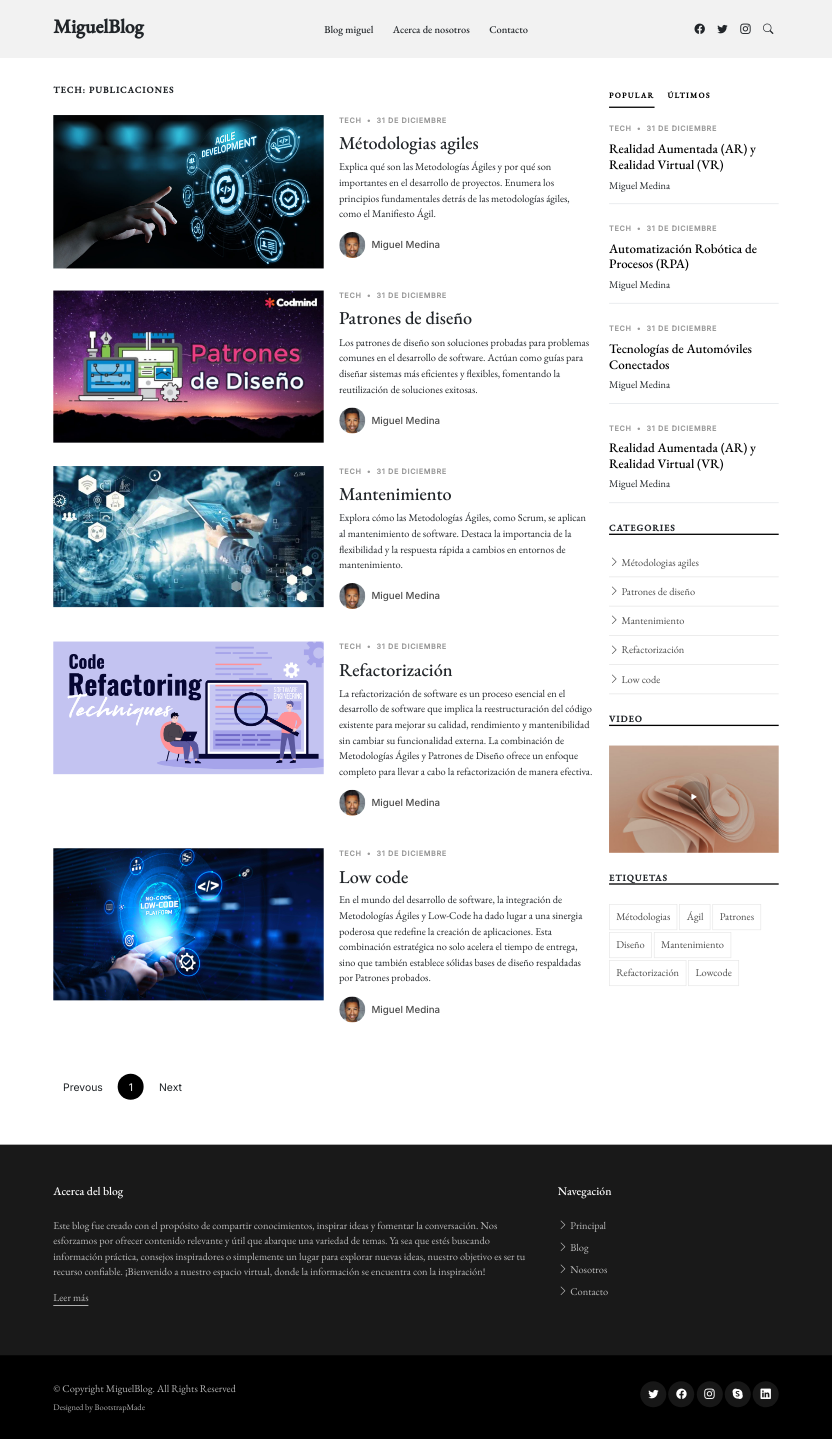
Repository: MiguelDev5/blog-miguel
Page: index.html
These files come from the project's save history. The page is drawn as it stood at one moment and after the next save; the edit follows.
The browser window is 1280 px wide. The pictures show the whole page, at 65% of full size.
Some web fonts or font styles are not loaded; a fallback is used.

Above is the page before, as saved 2024-01-01 21:38:50.

### index.html
<!DOCTYPE html>
<html lang="en">

<head>
  <meta charset="utf-8">
  <meta content="width=device-width, initial-scale=1.0" name="viewport">

  <title>MiguelBlog Bootstrap Template - Category</title>
  <meta content="" name="description">
  <meta content="" name="keywords">

  <!-- Favicons -->
  <link href="assets/img/favicon.png" rel="icon">
  <link href="assets/img/apple-touch-icon.png" rel="apple-touch-icon">

  <!-- Google Fonts -->
  <link rel="preconnect" href="https://fonts.googleapis.com">
  <link rel="preconnect" href="https://fonts.gstatic.com" crossorigin>
  <link href="https://fonts.googleapis.com/css2?family=EB+Garamond:wght@400;500&family=Inter:wght@400;500&family=Playfair+Display:ital,wght@0,400;0,700;1,400;1,700&display=swap" rel="stylesheet">

  <!-- Vendor CSS Files -->
  <link href="assets/vendor/bootstrap/css/bootstrap.min.css" rel="stylesheet">
  <link href="assets/vendor/bootstrap-icons/bootstrap-icons.css" rel="stylesheet">
  <link href="assets/vendor/swiper/swiper-bundle.min.css" rel="stylesheet">
  <link href="assets/vendor/glightbox/css/glightbox.min.css" rel="stylesheet">
  <link href="assets/vendor/aos/aos.css" rel="stylesheet">

  <!-- Template Main CSS Files -->
  <link href="assets/css/variables.css" rel="stylesheet">
  <link href="assets/css/main.css" rel="stylesheet">

  <!-- =======================================================
  * Template Name: MiguelBlog
  * Updated: Sep 18 2023 with Bootstrap v5.3.2
  * Template URL: https://bootstrapmade.com/miguelBlog-bootstrap-blog-template/
  * Author: BootstrapMade.com
  * License: https:///bootstrapmade.com/license/
  ======================================================== -->
</head>

<body>

  <!-- ======= Header ======= -->
  <header id="header" class="header d-flex align-items-center fixed-top">
    <div class="container-fluid container-xl d-flex align-items-center justify-content-between">

      <a href="index.html" class="logo d-flex align-items-center">
        <!-- Uncomment the line below if you also wish to use an image logo -->
        <!-- <img src="assets/img/logo.png" alt=""> -->
        <h1>MiguelBlog</h1>
      </a>

      <nav id="navbar" class="navbar">
        <ul>
          <li><a href="index.html">Blog miguel</a></li>
          <li><a href="about.html">Acerca de nosotros</a></li>
          <li><a href="contact.html">Contacto</a></li>
        </ul>
      </nav><!-- .navbar -->

      <div class="position-relative">
        <a href="#" class="mx-2"><span class="bi-facebook"></span></a>
        <a href="#" class="mx-2"><span class="bi-twitter"></span></a>
        <a href="#" class="mx-2"><span class="bi-instagram"></span></a>

        <a href="#" class="mx-2 js-search-open"><span class="bi-search"></span></a>
        <i class="bi bi-list mobile-nav-toggle"></i>

        <!-- ======= Search Form ======= -->
        <div class="search-form-wrap js-search-form-wrap">
          <form action="search-result.html" class="search-form">
            <span class="icon bi-search"></span>
            <input type="text" placeholder="Search" class="form-control">
            <button class="btn js-search-close"><span class="bi-x"></span></button>
          </form>
        </div><!-- End Search Form -->

      </div>

    </div>

  </header><!-- End Header -->

  <main id="main">
    <section>
      <div class="container">
        <div class="row">

          <div class="col-md-9" data-aos="fade-up">
            <h3 class="category-title">Tech: publicaciones</h3>

            <div class="d-md-flex post-entry-2 half">
              <a href="post-ma  .html" class="me-4 thumbnail">
                <img src="assets/img/ma001.jpg" alt="" class="img-fluid">
              </a>
              <div>
                <div class="post-meta"><span class="date">Tech</span> <span class="mx-1">&bullet;</span> <span>31 de Diciembre</span></div>
                <h3><a href="post-ma.html">Métodologias agiles</a></h3>
                <p>Explica qué son las Metodologías Ágiles y por qué son importantes en el desarrollo de proyectos.
                  Enumera los principios fundamentales detrás de las metodologías ágiles, como el Manifiesto Ágil.</p>
                <div class="d-flex align-items-center author">
                  <div class="photo"><img src="assets/img/person-2.jpg" alt="" class="img-fluid"></div>
                  <div class="name">
                    <h3 class="m-0 p-0">Miguel Medina</h3>
                  </div>
                </div>
              </div>
            </div>

            <div class="d-md-flex post-entry-2 half">
              <a href="post-pd.html" class="me-4 thumbnail">
                <img src="assets/img/pd001.jpg" alt="" class="img-fluid">
              </a>
              <div>
                <div class="post-meta"><span class="date">Tech</span> <span class="mx-1">&bullet;</span> <span>31 de Diciembre</span></div>
                <h3><a href="post-pd.html">Patrones de diseño</a></h3>
                <p>Los patrones de diseño son soluciones probadas para problemas comunes en el desarrollo de software. Actúan como guías para diseñar sistemas más eficientes y flexibles, fomentando la reutilización de soluciones exitosas.</p>
                <div class="d-flex align-items-center author">
                  <div class="photo"><img src="assets/img/person-2.jpg" alt="" class="img-fluid"></div>
                  <div class="name">
                    <h3 class="m-0 p-0">Miguel Medina</h3>
                  </div>
                </div>
              </div>
            </div>

            <div class="d-md-flex post-entry-2 half">
              <a href="post-m.html" class="me-4 thumbnail">
                <img src="assets/img/m001.jpg" alt="" class="img-fluid">
              </a>
              <div>
                <div class="post-meta"><span class="date">Tech</span> <span class="mx-1">&bullet;</span> <span>31 de Diciembre</span></div>
                <h3><a href="post-m.html">Mantenimiento</a></h3>
                <p>Explora cómo las Metodologías Ágiles, como Scrum, se aplican al mantenimiento de software. Destaca la importancia de la flexibilidad y la respuesta rápida a cambios en entornos de mantenimiento.</p>
                <div class="d-flex align-items-center author">
                  <div class="photo"><img src="assets/img/person-2.jpg" alt="" class="img-fluid"></div>
                  <div class="name">
                    <h3 class="m-0 p-0">Miguel Medina</h3>
                  </div>
                </div>
              </div>
            </div>

            <div class="d-md-flex post-entry-2 half">
              <a href="post-r.html" class="me-4 thumbnail">
                <img src="assets/img/r001.png" alt="" class="img-fluid">
              </a>
              <div>
                <div class="post-meta"><span class="date">Tech</span> <span class="mx-1">&bullet;</span> <span>31 de Diciembre</span></div>
                <h3><a href="post-r.html">Refactorización</a></h3>
                <p>La refactorización de software es un proceso esencial en el desarrollo de software que implica la reestructuración del código existente para mejorar su calidad, rendimiento y mantenibilidad sin cambiar su funcionalidad externa. La combinación de Metodologías Ágiles y Patrones de Diseño ofrece un enfoque completo para llevar a cabo la refactorización de manera efectiva.</p>
                <div class="d-flex align-items-center author">
                  <div class="photo"><img src="assets/img/person-2.jpg" alt="" class="img-fluid"></div>
                  <div class="name">
                    <h3 class="m-0 p-0">Miguel Medina</h3>
                  </div>
                </div>
              </div>
            </div>

            <div class="d-md-flex post-entry-2 half">
              <a href="post-lc.html" class="me-4 thumbnail">
                <img src="assets/img/lc001.jpg" alt="" class="img-fluid">
              </a>
              <div>
                <div class="post-meta"><span class="date">Tech</span> <span class="mx-1">&bullet;</span> <span>31 de Diciembre</span></div>
                <h3><a href="post-lc.html">Low code</a></h3>
                <p>En el mundo del desarrollo de software, la integración de Metodologías Ágiles y Low-Code ha dado lugar a una sinergia poderosa que redefine la creación de aplicaciones. Esta combinación estratégica no solo acelera el tiempo de entrega, sino que también establece sólidas bases de diseño respaldadas por Patrones probados.</p>
                <div class="d-flex align-items-center author">
                  <div class="photo"><img src="assets/img/person-2.jpg" alt="" class="img-fluid"></div>
                  <div class="name">
                    <h3 class="m-0 p-0">Miguel Medina</h3>
                  </div>
                </div>
              </div>
            </div>
            <div class="text-start py-4">
              <div class="custom-pagination">
                <a href="#" class="prev">Prevous</a>
                <a href="#" class="active">1</a>
                <a href="#" class="next">Next</a>
              </div>
            </div>
          </div>

          <div class="col-md-3">
            <!-- ======= Sidebar ======= -->
            <div class="aside-block">

              <ul class="nav nav-pills custom-tab-nav mb-4" id="pills-tab" role="tablist">
                <li class="nav-item" role="presentation">
                  <button class="nav-link active" id="pills-popular-tab" data-bs-toggle="pill" data-bs-target="#pills-popular" type="button" role="tab" aria-controls="pills-popular" aria-selected="true">Popular</button>
                </li>
                <li class="nav-item" role="presentation">
                  <button class="nav-link" id="pills-latest-tab" data-bs-toggle="pill" data-bs-target="#pills-latest" type="button" role="tab" aria-controls="pills-latest" aria-selected="false">Últimos</button>
                </li>
              </ul>

              <div class="tab-content" id="pills-tabContent">

                <!-- Popular -->
                <div class="tab-pane fade show active" id="pills-popular" role="tabpanel" aria-labelledby="pills-popular-tab">
                  <div class="post-entry-1 border-bottom">
                    <div class="post-meta"><span class="date">Tech</span> <span class="mx-1">&bullet;</span> <span>31 de Diciembre</span></div>
                    <h2 class="mb-2"><a href="#">Realidad Aumentada (AR) y Realidad Virtual (VR)</a></h2>
                    <span class="author mb-3 d-block">Miguel Medina</span>
                  </div>

                  <div class="post-entry-1 border-bottom">
                    <div class="post-meta"><span class="date">Tech</span> <span class="mx-1">&bullet;</span> <span>31 de Diciembre</span></div>
                    <h2 class="mb-2"><a href="#">Automatización Robótica de Procesos (RPA)</a></h2>
                    <span class="author mb-3 d-block">Miguel Medina</span>
                  </div>

                  <div class="post-entry-1 border-bottom">
                    <div class="post-meta"><span class="date">Tech</span> <span class="mx-1">&bullet;</span> <span>31 de Diciembre</span></div>
                    <h2 class="mb-2"><a href="#">Tecnologías de Automóviles Conectados</a></h2>
                    <span class="author mb-3 d-block">Miguel Medina</span>
                  </div>

                  <div class="post-entry-1 border-bottom">
                    <div class="post-meta"><span class="date">Tech</span> <span class="mx-1">&bullet;</span> <span>31 de Diciembre</span></div>
                    <h2 class="mb-2"><a href="#">Realidad Aumentada (AR) y Realidad Virtual (VR)</a></h2>
                    <span class="author mb-3 d-block">Miguel Medina</span>
                  </div>
                </div> <!-- End Popular -->

                <!-- Latest -->
                <div class="tab-pane fade" id="pills-latest" role="tabpanel" aria-labelledby="pills-latest-tab">
                  <div class="post-entry-1 border-bottom">
                    <div class="post-meta"><span class="date">Tech</span> <span class="mx-1">&bullet;</span> <span>31 de Diciembre</span></div>
                    <h2 class="mb-2"><a href="#">Life Insurance And Pregnancy: A Working Mom’s Guide</a></h2>
                    <span class="author mb-3 d-block">Miguel Medina</span>
                  </div>
                </div> <!-- End Latest -->

              </div>
            </div>

            <div class="aside-block">
              <h3 class="aside-title">Categories</h3>
              <ul class="aside-links list-unstyled">
                <li><a href="category.html"><i class="bi bi-chevron-right"></i> Métodologias agiles</a></li>
                <li><a href="category.html"><i class="bi bi-chevron-right"></i> Patrones de diseño</a></li>
                <li><a href="category.html"><i class="bi bi-chevron-right"></i> Mantenimiento</a></li>
                <li><a href="category.html"><i class="bi bi-chevron-right"></i> Refactorización</a></li>
                <li><a href="category.html"><i class="bi bi-chevron-right"></i> Low code</a></li>
              </ul>
            </div><!-- End Categories -->

            <div class="aside-block">
              <h3 class="aside-title">Video</h3>
              <div class="video-post">
                <a href="https://www.youtube.com/watch?v=AiFfDjmd0jU" class="glightbox link-video">
                  <span class="bi-play-fill"></span>
                  <img src="assets/img/post-landscape-5.jpg" alt="" class="img-fluid">
                </a>
              </div>
            </div><!-- End Video -->



            <div class="aside-block">
              <h3 class="aside-title">Etiquetas</h3>
              <ul class="aside-tags list-unstyled">
                <li><a href="category.html">Métodologias</a></li>
                <li><a href="category.html">Ágil</a></li>
                <li><a href="category.html">Patrones</a></li>
                <li><a href="category.html">Diseño</a></li>
                <li><a href="category.html">Mantenimiento</a></li>
                <li><a href="category.html">Refactorización</a></li>
                <li><a href="category.html">Lowcode</a></li>
              </ul>
            </div><!-- End Tags -->

          </div>

        </div>
      </div>
    </section>
  </main><!-- End #main -->

  <!-- ======= Footer ======= -->
  <footer id="footer" class="footer">
    <div class="footer-content">
      <div class="container">
        <div class="row g-5">
          <div class="col-lg-8">
            <h3 class="footer-heading">Acerca del blog</h3>
            <p>Este blog fue creado con el propósito de compartir conocimientos, inspirar ideas y fomentar la conversación. Nos esforzamos por ofrecer contenido relevante y útil que abarque una variedad de temas. Ya sea que estés buscando información práctica, consejos inspiradores o simplemente un lugar para explorar nuevas ideas, nuestro objetivo es ser tu recurso confiable. ¡Bienvenido a nuestro espacio virtual, donde la información se encuentra con la inspiración!</p>
            <p><a href="about.html" class="footer-link-more">Leer más</a></p>
          </div>
          <div class="col-6 col-lg-2">
            <h3 class="footer-heading">Navegación</h3>
            <ul class="footer-links list-unstyled">
              <li><a href="index.html"><i class="bi bi-chevron-right"></i> Principal</a></li>
              <li><a href="index.html"><i class="bi bi-chevron-right"></i> Blog</a></li>
              <li><a href="about.html"><i class="bi bi-chevron-right"></i> Nosotros</a></li>
              <li><a href="contact.html"><i class="bi bi-chevron-right"></i> Contacto</a></li>
            </ul>
          </div>
        </div>
      </div>
    </div>

    <div class="footer-legal">
      <div class="container">

        <div class="row justify-content-between">
          <div class="col-md-6 text-center text-md-start mb-3 mb-md-0">
            <div class="copyright">
              © Copyright <strong><span>MiguelBlog</span></strong>. All Rights Reserved
            </div>

            <div class="credits">
              Designed by BootstrapMade
            </div>

          </div>

          <div class="col-md-6">
            <div class="social-links mb-3 mb-lg-0 text-center text-md-end">
              <a href="#" class="twitter"><i class="bi bi-twitter"></i></a>
              <a href="#" class="facebook"><i class="bi bi-facebook"></i></a>
              <a href="#" class="instagram"><i class="bi bi-instagram"></i></a>
              <a href="#" class="google-plus"><i class="bi bi-skype"></i></a>
              <a href="#" class="linkedin"><i class="bi bi-linkedin"></i></a>
            </div>

          </div>

        </div>

      </div>
    </div>
  </footer>

  <a href="#" class="scroll-top d-flex align-items-center justify-content-center"><i class="bi bi-arrow-up-short"></i></a>

  <!-- Vendor JS Files -->
  <script src="assets/vendor/bootstrap/js/bootstrap.bundle.min.js"></script>
  <script src="assets/vendor/swiper/swiper-bundle.min.js"></script>
  <script src="assets/vendor/glightbox/js/glightbox.min.js"></script>
  <script src="assets/vendor/aos/aos.js"></script>
  <script src="assets/vendor/php-email-form/validate.js"></script>

  <!-- Template Main JS File -->
  <script src="assets/js/main.js"></script>

</body>

</html>

Loaded but not shown: assets/vendor/bootstrap/css/bootstrap.min.css (library); assets/vendor/bootstrap-icons/bootstrap-icons.css (library); assets/vendor/swiper/swiper-bundle.min.css (library); assets/vendor/glightbox/css/glightbox.min.css (library); assets/vendor/aos/aos.css (library); assets/vendor/bootstrap/js/bootstrap.bundle.min.js (library); assets/vendor/swiper/swiper-bundle.min.js (library); assets/vendor/glightbox/js/glightbox.min.js (library); assets/vendor/aos/aos.js (library); assets/vendor/php-email-form/validate.js (common file); assets/js/main.js (154 lines, source omitted); assets/css/main.css (1300 lines, source omitted); assets/css/variables.css (207 lines, source omitted)

After the next save:
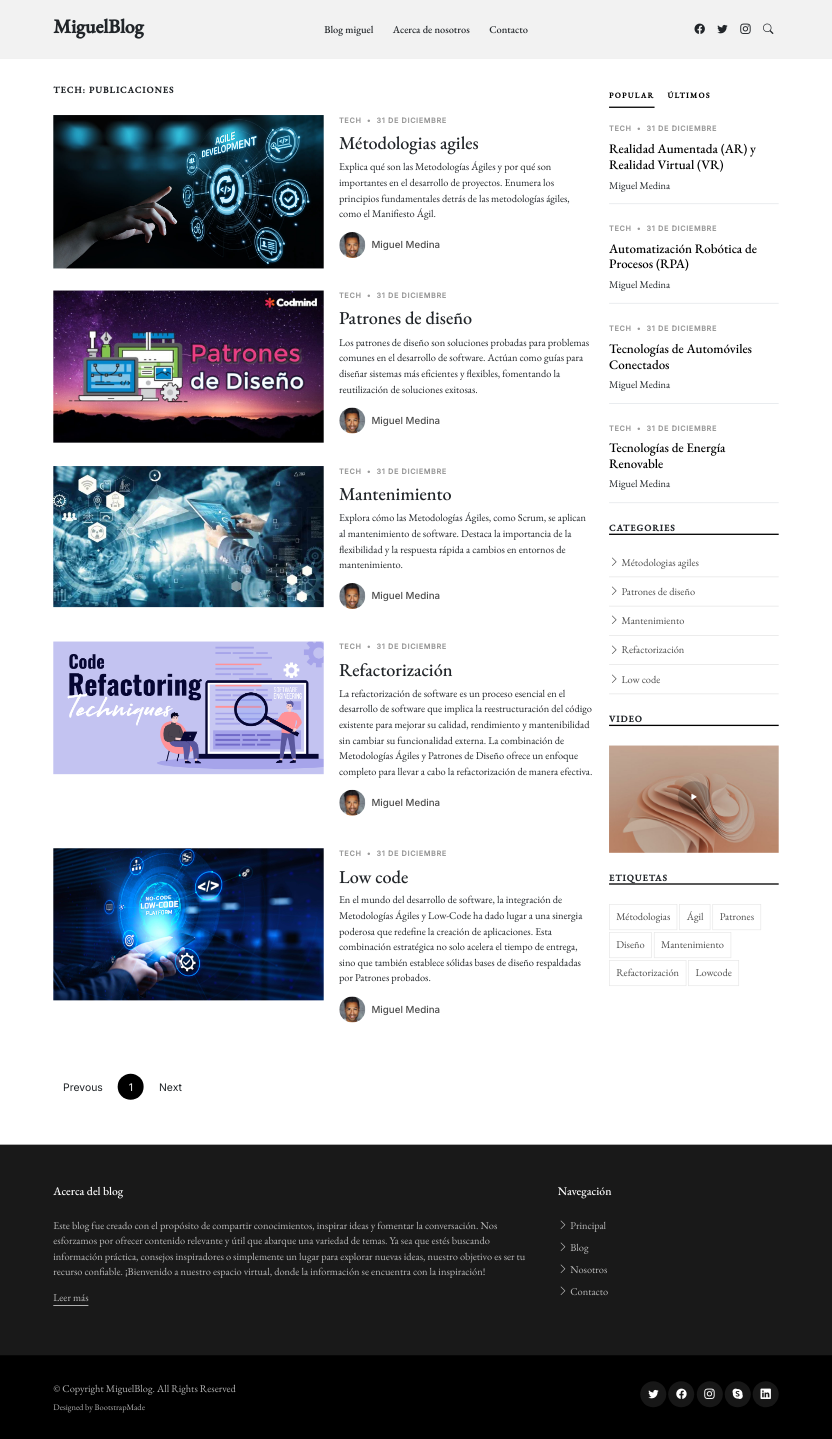
Saved 9 s later.
--- a/index.html
+++ b/index.html
@@ -220,7 +220,7 @@
 
                   <div class="post-entry-1 border-bottom">
                     <div class="post-meta"><span class="date">Tech</span> <span class="mx-1">&bullet;</span> <span>31 de Diciembre</span></div>
-                    <h2 class="mb-2"><a href="#">Realidad Aumentada (AR) y Realidad Virtual (VR)</a></h2>
+                    <h2 class="mb-2"><a href="#">Tecnologías de Energía Renovable</a></h2>
                     <span class="author mb-3 d-block">Miguel Medina</span>
                   </div>
                 </div> <!-- End Popular -->
